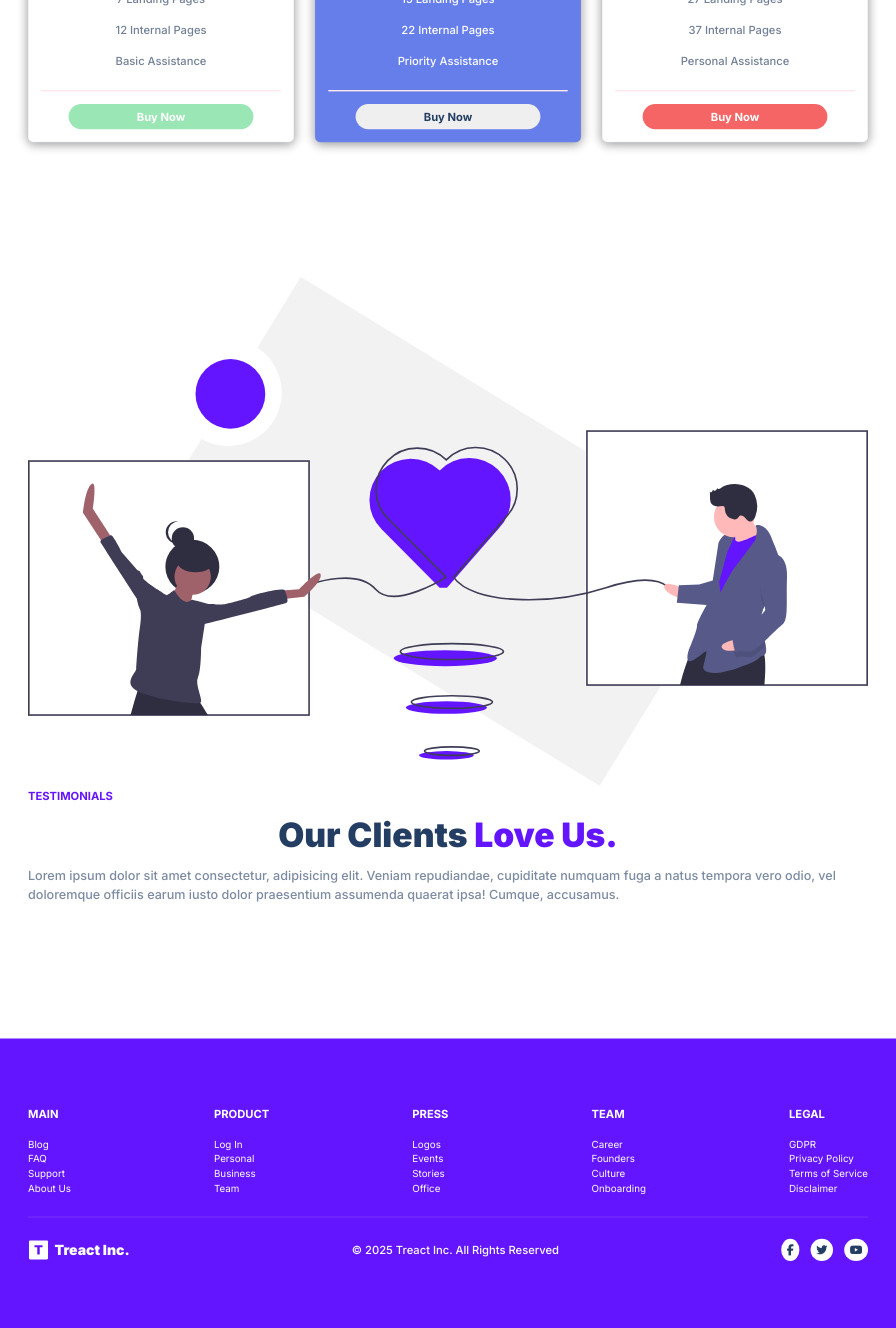
Repository: avivanguyen/m2_fianlProject
Page: index.html
The author's editor kept a copy of each file at every save. The page is drawn from the files as they stood at one save, then again after the next save.
The browser window is 1280 px wide. The pictures show the part of the page from y = 4282 to 6202 px (the page is 6179 px tall before and 6202 px after), at 70% of full size.
Some web libraries are served in a nearby version.

Above is the page before, as saved 2025-12-11 11:18:54.

After the next save:
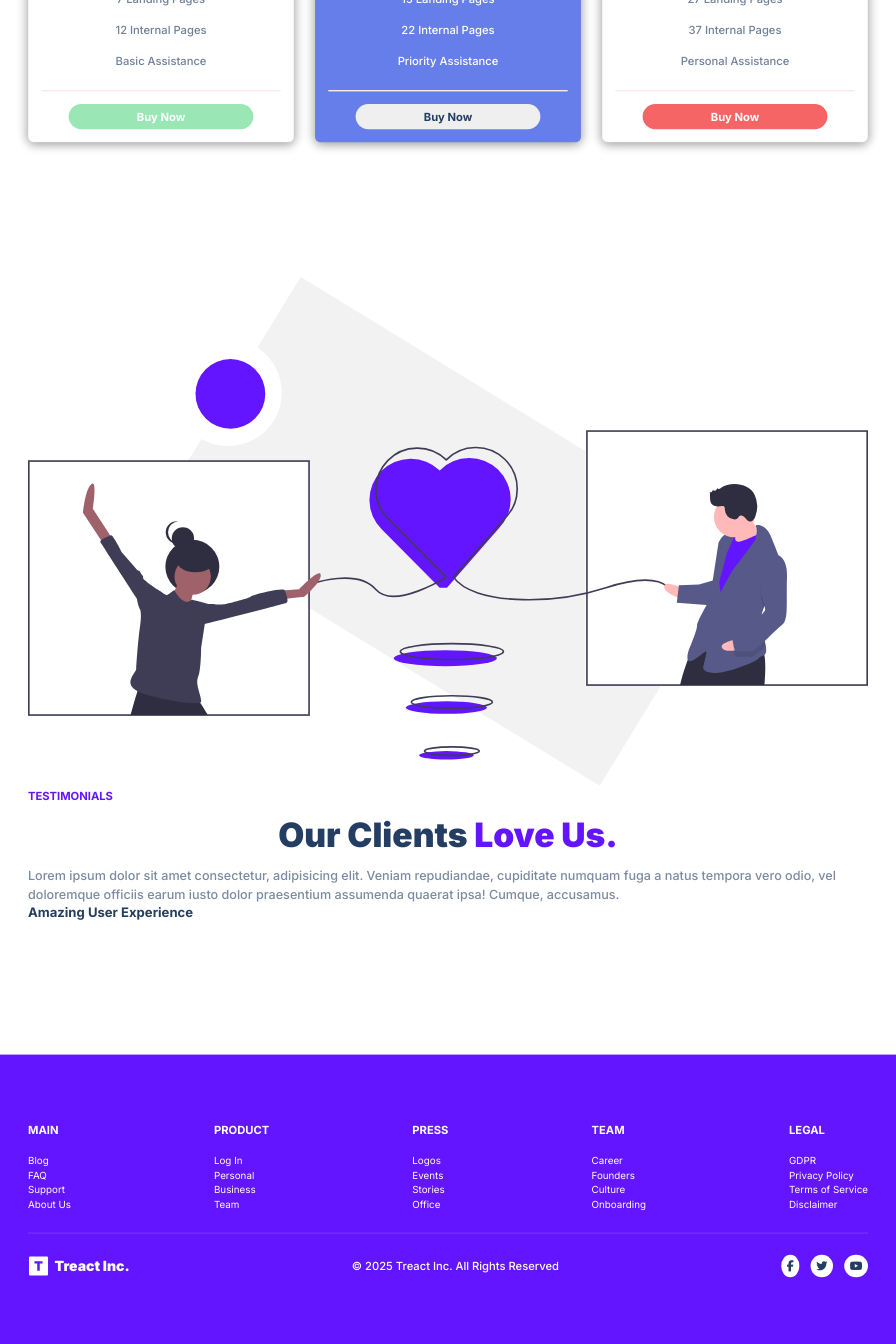
Saved 7 s later.
--- a/index.html
+++ b/index.html
@@ -325,7 +325,7 @@
                         <div class="section__para">Lorem ipsum dolor sit amet consectetur, adipisicing elit. Veniam repudiandae, cupiditate numquam fuga a natus tempora vero odio, vel doloremque officiis earum iusto dolor praesentium assumenda quaerat ipsa! Cumque, accusamus.</div>
                         <div class="testimonial">
                             <div class="testimonial__rating"></div>
-                            <h3 class="testimonial__title"></h3>
+                            <h3 class="testimonial__title">Amazing User Experience</h3>
                         </div>
                     </div>
                 </div>
